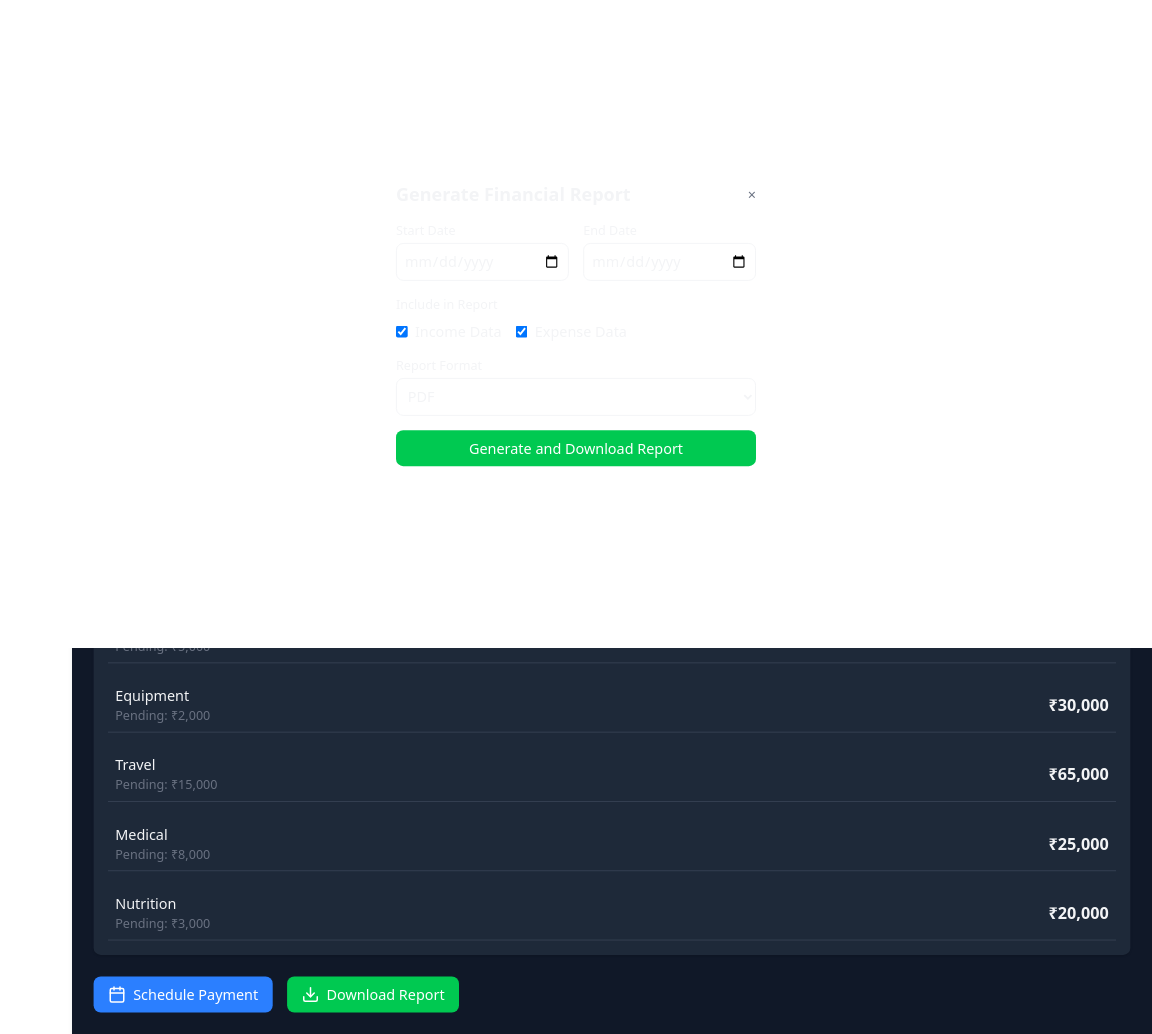
Repository: Shovon0004/Athlete
Page: /financial (app in Athlete/), after clicking the first element matching `div.space-x-4 > :nth-child(2)`
An editor plug-in stored every save of this project. The page is shown before and after a run of saves, followed by the edit.
The browser window is 1280 px wide. The pictures show the whole page, at 90% of full size.
The project was rebuilt for these pictures with package versions that can differ from the ones it lists, and the page was loaded fresh each time. Also part of the build but not shown: Athlete/vite.config.js, Athlete/src/components/AppointmentPage.jsx, Athlete/src/components/News.jsx, Athlete/src/components/SportsPage.jsx, Athlete/src/components/HeroPage.jsx.

Above is the page before, as saved 2025-01-27 21:35:13.

### Athlete/index.html
<!doctype html>
<html lang="en">
  <head>
    <meta charset="UTF-8" />
    <link rel="icon" type="image/svg+xml" href="/12.png" />
    <meta name="viewport" content="width=device-width, initial-scale=1.0" />
    <title>Khiladi.co</title>
  </head>
  <body>
    <div id="root"></div>
    <script type="module" src="/src/main.jsx"></script>
  </body>
</html>

### Athlete/src/App.jsx
import React from 'react';
import { BrowserRouter as Router, Route, Routes } from 'react-router-dom';
import SideNavbar from './components/SideNavbar';
import EditableFinanceDashboard from './components/EditableFinanceDashboard';
import HeroPage from './components/HeroPage';

const App = () => {
  return (
    <Router>
      <div className="flex">
        <SideNavbar />

        <div className="ml-20 flex-grow ">
          <Routes>
            <Route path="/" element={<HeroPage />} />
            <Route path="/financial" element={<EditableFinanceDashboard />} />
            {/* Add other routes as needed */}
          </Routes>
        </div>
      </div>
    </Router>
  );
};

export default App;

### Athlete/src/components/SideNavbar.jsx
import React, { useState } from 'react';
import {
  Home,
  User,
  BarChart2,
  Shield,
  DollarSign,
  Menu
} from 'lucide-react';

const SideNavbar = () => {
  const [isExpanded, setIsExpanded] = useState(false);

  const navItems = [
    { icon: Home, label: 'Dashboard', href: '/' },
    { icon: User, label: 'Athletes', href: '/athletes' },
    { icon: BarChart2, label: 'Performance', href: '/performance' },
    { icon: Shield, label: 'Injuries', href: '/injuries' },
    { icon: DollarSign, label: 'Financial', href: '/financial' }
  ];

  return (
    <div
      className={`h-screen bg-gray-900 text-white transition-all duration-300
        ${isExpanded ? 'w-64' : 'w-20'} fixed left-0 top-0 z-50`}
    >
      <div className="flex flex-col h-full">
        {/* Logo & Toggle */}
        <div className="flex items-center justify-between p-4  border-orange-700">
          {isExpanded && (
            <div className="text-xl font-bold">Khiladi</div>
          )}
          <button
            onClick={() => setIsExpanded(!isExpanded)}
            className="hover:bg-orange-700 p-2 rounded"
          >
            <Menu />
          </button>
        </div>

        {/* Navigation Items */}
        <nav className="flex-grow mt-4">
          <ul className="space-y-2">
            {navItems.map((item, index) => (
              <li key={index}>
                <a
                  href={item.href}
                  className={`flex items-center p-3 hover:bg-orange-700
                    ${isExpanded ? 'justify-start px-6' : 'justify-center'}`}
                >
                  <item.icon className="mr-4" />
                  {isExpanded && <span>{item.label}</span>}
                </a>
              </li>
            ))}
          </ul>
        </nav>
      </div>
    </div>
  );
};

export default SideNavbar;

### Athlete/src/components/EditableFinanceDashboard.jsx
import React, { useState } from "react";
import { motion } from "framer-motion";
import FinanceActions from "./FinanceActions";
import {
  LineChart,
  Line,
  XAxis,
  YAxis,
  CartesianGrid,
  Tooltip,
  Legend,
  ResponsiveContainer,
} from "recharts";
import {
  IndianRupee,
  Wallet,
  TrendingUp,
  AlertCircle,
  Calendar,
  Download,
  Edit2,
  Save,
  Plus,
  Trash2,
  Medal,
} from "lucide-react";

const EditableFinanceDashboard = () => {
  const [isEditing, setIsEditing] = useState(false);
  const [stats, setStats] = useState([
    { id: 1, label: "Total Balance", value: 425000, icon: IndianRupee, color: "blue" },
    { id: 2, label: "Monthly Income", value: 185000, icon: Wallet, color: "green" },
    { id: 3, label: "Monthly Expenses", value: 95000, icon: TrendingUp, color: "orange" },
    { id: 4, label: "Pending Payments", value: 33000, icon: AlertCircle, color: "red" },
  ]);

  const [incomeData, setIncomeData] = useState([
    { month: "Jan", sponsorships: 150000, prizeMoney: 75000, endorsements: 200000 },
    { month: "Feb", sponsorships: 150000, prizeMoney: 90000, endorsements: 200000 },
    { month: "Mar", sponsorships: 175000, prizeMoney: 120000, endorsements: 225000 },
  ]);

  const [expenseCategories, setExpenseCategories] = useState([
    { id: 1, category: "Training", amount: 45000, pending: 5000 },
    { id: 2, category: "Equipment", amount: 30000, pending: 2000 },
    { id: 3, category: "Travel", amount: 65000, pending: 15000 },
    { id: 4, category: "Medical", amount: 25000, pending: 8000 },
    { id: 5, category: "Nutrition", amount: 20000, pending: 3000 },
  ]);

  const [goals, setGoals] = useState([
    { id: 1, goal: "Win National Championship", status: "In Progress" },
    { id: 2, goal: "Improve Sprint Time by 10%", status: "Not Started" },
    { id: 3, goal: "Increase Sponsorship Income", status: "Completed" },
  ]);

  const handleExpenseChange = (id, field, value) => {
    setExpenseCategories((categories) =>
      categories.map((category) =>
        category.id === id ? { ...category, [field]: value } : category
      )
    );
  };

  const addExpenseCategory = () => {
    const newId = Math.max(...expenseCategories.map((c) => c.id)) + 1;
    setExpenseCategories([
      ...expenseCategories,
      { id: newId, category: "New Category", amount: 0, pending: 0 },
    ]);
  };

  const deleteExpenseCategory = (id) => {
    setExpenseCategories((categories) => categories.filter((category) => category.id !== id));
  };

  const handleGoalChange = (id, field, value) => {
    setGoals((prev) =>
      prev.map((goal) => (goal.id === id ? { ...goal, [field]: value } : goal))
    );
  };

  const addGoal = () => {
    const newId = Math.max(...goals.map((g) => g.id)) + 1;
    setGoals([...goals, { id: newId, goal: "New Goal", status: "Not Started" }]);
  };

  const deleteGoal = (id) => {
    setGoals((prev) => prev.filter((goal) => goal.id !== id));
  };

  return (
    <div className="w-full max-w-full max-h-full mx-auto p-6 space-y-6 bg-gray-900 text-gray-100  shadow-md">
      {/* Edit Mode Toggle */}
      <div className="flex justify-end">
        <motion.button
          whileHover={{ scale: 1.05 }}
          whileTap={{ scale: 0.95 }}
          onClick={() => setIsEditing(!isEditing)}
          className="flex items-center space-x-2 px-4 py-2 bg-blue-600 text-white rounded-lg hover:bg-blue-700"
        >
          {isEditing ? <Save className="h-5 w-5" /> : <Edit2 className="h-5 w-5" />}
          <span>{isEditing ? "Save Changes" : "Edit Dashboard"}</span>
        </motion.button>
      </div>

      {/* Top Stats */}
      <div className="grid grid-cols-1 md:grid-cols-4 gap-4">
        {stats.map((stat) => (
          <motion.div
            key={stat.id}
            className="p-4 bg-gray-800 rounded-lg shadow"
            whileHover={{ scale: 1.05 }}
          >
            <div className="flex items-center space-x-2">
              <stat.icon className={`h-8 w-8 text-${stat.color}-400`} />
              <div>
                <p className="text-sm text-gray-400">{stat.label}</p>
                {isEditing ? (
                  <input
                    type="number"
                    value={stat.value}
                    onChange={(e) =>
                      setStats((prev) =>
                        prev.map((item) =>
                          item.id === stat.id ? { ...item, value: Number(e.target.value) } : item
                        )
                      )
                    }
                    className="w-full p-1 border rounded bg-gray-700 text-gray-100"
                  />
                ) : (
                  <p className="text-2xl font-bold">₹{stat.value.toLocaleString()}</p>
                )}
              </div>
            </div>
          </motion.div>
        ))}
      </div>

      {/* Income Chart */}
      <motion.div
        className="p-4 bg-gray-800 rounded-lg shadow"
        initial={{ opacity: 0 }}
        animate={{ opacity: 1 }}
        transition={{ duration: 0.5 }}
      >
        <h2 className="text-lg font-bold mb-4">Income Overview</h2>
        <div className="h-80">
          <ResponsiveContainer width="100%" height="100%">
            <LineChart data={incomeData}>
              <CartesianGrid strokeDasharray="3 3" />
              <XAxis dataKey="month" stroke="#ccc" />
              <YAxis stroke="#ccc" />
              <Tooltip />
              <Legend />
              <Line type="monotone" dataKey="sponsorships" stroke="#8884d8" />
              <Line type="monotone" dataKey="prizeMoney" stroke="#82ca9d" />
              <Line type="monotone" dataKey="endorsements" stroke="#ffc658" />
            </LineChart>
          </ResponsiveContainer>
        </div>
      </motion.div>

      {/* Expense Breakdown */}
      <div className="p-4 bg-gray-800 rounded-lg shadow">
        <h2 className="text-lg font-bold mb-4">Expense Breakdown</h2>
        <div className="space-y-4">
          {expenseCategories.map((expense) => (
            <motion.div
              key={expense.id}
              className="flex items-center justify-between p-2 border-b border-gray-700"
              whileHover={{ scale: 1.02 }}
            >
              <div className="flex-grow">
                {isEditing ? (
                  <input
                    type="text"
                    value={expense.category}
                    onChange={(e) =>
                      handleExpenseChange(expense.id, "category", e.target.value)
                    }
                    className="p-1 border rounded bg-gray-700 text-gray-100"
                  />
                ) : (
                  <p className="font-medium">{expense.category}</p>
                )}
                <p className="text-sm text-gray-500">
                  Pending: ₹{expense.pending.toLocaleString()}
                </p>
              </div>
              <div className="flex items-center space-x-4">
                {isEditing ? (
                  <>
                    <input
                      type="number"
                      value={expense.amount}
                      onChange={(e) =>
                        handleExpenseChange(expense.id, "amount", Number(e.target.value))
                      }
                      className="p-1 border rounded w-32 bg-gray-700 text-gray-100"
                    />
                    <motion.button
                      onClick={() => deleteExpenseCategory(expense.id)}
                      whileHover={{ scale: 1.1 }}
                      className="text-red-400 hover:text-red-600"
                    >
                      <Trash2 className="h-5 w-5" />
                    </motion.button>
                  </>
                ) : (
                  <p className="text-lg font-bold">₹{expense.amount.toLocaleString()}</p>
                )}
              </div>
            </motion.div>
          ))}
        </div>
        {isEditing && (
          <motion.button
            onClick={addExpenseCategory}
            whileHover={{ scale: 1.05 }}
            className="flex items-center space-x-2 px-4 py-2 bg-green-600 text-white rounded-lg hover:bg-green-700 mt-4"
          >
            <Plus className="h-5 w-5" />
            <span>Add Category</span>
          </motion.button>
        )}
      </div>

      {/* Athlete Goals */}
      <FinanceActions
  expenses={expenseCategories}
  incomeData={incomeData}
  expenseCategories={expenseCategories}
/>
    </div>
  );
};

export default EditableFinanceDashboard;

### Athlete/src/components/FinanceActions.jsx
import React, { useState } from 'react';
import { Calendar, Download } from 'lucide-react';

// Payment Modal Component
const PaymentModal = ({ isOpen, onClose, expenses, onSchedule }) => {
  const [payment, setPayment] = useState({
    category: '',
    amount: '',
    date: '',
    description: '',
    recipient: ''
  });

  const handleSubmit = (e) => {
    e.preventDefault();
    onSchedule(payment);
    setPayment({
      category: '',
      amount: '',
      date: '',
      description: '',
      recipient: ''
    });
    onClose();
  };

  if (!isOpen) return null;

  return (
    <div className="fixed inset-0 bg-black bg-opacity-50 flex items-center justify-center z-50">
      <div className="bg-white rounded-lg p-6 w-full max-w-md">
        <div className="flex justify-between items-center mb-4">
          <h2 className="text-xl font-bold">Schedule New Payment</h2>
          <button onClick={onClose} className="text-gray-500 hover:text-gray-700">
            ×
          </button>
        </div>

        <form onSubmit={handleSubmit} className="space-y-4">
          <div>
            <label className="block text-sm font-medium mb-1">Category</label>
            <select
              value={payment.category}
              onChange={(e) => setPayment({...payment, category: e.target.value})}
              className="w-full p-2 border rounded-lg"
              required
            >
              <option value="">Select Category</option>
              {expenses.map((expense) => (
                <option key={expense.id} value={expense.category}>
                  {expense.category}
                </option>
              ))}
            </select>
          </div>

          <div>
            <label className="block text-sm font-medium mb-1">Amount (₹)</label>
            <input
              type="number"
              value={payment.amount}
              onChange={(e) => setPayment({...payment, amount: e.target.value})}
              className="w-full p-2 border rounded-lg"
              required
            />
          </div>

          <div>
            <label className="block text-sm font-medium mb-1">Payment Date</label>
            <input
              type="date"
              value={payment.date}
              onChange={(e) => setPayment({...payment, date: e.target.value})}
              className="w-full p-2 border rounded-lg"
              required
            />
          </div>

          <div>
            <label className="block text-sm font-medium mb-1">Recipient</label>
            <input
              type="text"
              value={payment.recipient}
              onChange={(e) => setPayment({...payment, recipient: e.target.value})}
              className="w-full p-2 border rounded-lg"
              required
            />
          </div>

          <div>
            <label className="block text-sm font-medium mb-1">Description</label>
            <textarea
              value={payment.description}
              onChange={(e) => setPayment({...payment, description: e.target.value})}
              className="w-full p-2 border rounded-lg"
              rows="3"
            />
          </div>

          <button
            type="submit"
            className="w-full px-4 py-2 bg-blue-500 text-white rounded-lg hover:bg-blue-600"
          >
            Schedule Payment
          </button>
        </form>
      </div>
    </div>
  );
};

// Report Modal Component
const ReportModal = ({ isOpen, onClose, incomeData, expenseCategories }) => {
  const [reportConfig, setReportConfig] = useState({
    startDate: '',
    endDate: '',
    includeIncome: true,
    includeExpenses: true,
    format: 'pdf'
  });

  const generateReport = () => {
    const reportData = {
      dateRange: {
        start: reportConfig.startDate,
        end: reportConfig.endDate
      },
      income: reportConfig.includeIncome ? incomeData : [],
      expenses: reportConfig.includeExpenses ? expenseCategories : [],
      timestamp: new Date().toISOString()
    };

    const formattedData = JSON.stringify(reportData, null, 2);

    const blob = new Blob([formattedData], {
      type: reportConfig.format === 'pdf' ? 'application/pdf' : 'application/json'
    });
    const url = URL.createObjectURL(blob);
    const a = document.createElement('a');
    a.href = url;
    a.download = `financial_report_${new Date().toISOString().split('T')[0]}.${reportConfig.format}`;
    document.body.appendChild(a);
    a.click();
    document.body.removeChild(a);
    URL.revokeObjectURL(url);
    onClose();
  };

  if (!isOpen) return null;

  return (
    <div className="fixed inset-0  bg-opacity-50 flex bg-white items-center justify-center z-50">
      <div className="bg-gray rounded-lg p-6 w-full max-w-md">
        <div className="flex justify-between items-center mb-4">
          <h2 className="text-xl font-bold">Generate Financial Report</h2>
          <button onClick={onClose} className="text-gray-500 hover:text-gray-700">
            ×
          </button>
        </div>

        <div className="space-y-4">
          <div className="grid grid-cols-2 gap-4">
            <div>
              <label className="block text-sm font-medium mb-1">Start Date</label>
              <input
                type="date"
                value={reportConfig.startDate}
                onChange={(e) => setReportConfig({...reportConfig, startDate: e.target.value})}
                className="w-full p-2 border rounded-lg"
              />
            </div>
            <div>
              <label className="block text-sm font-medium mb-1">End Date</label>
              <input
                type="date"
                value={reportConfig.endDate}
                onChange={(e) => setReportConfig({...reportConfig, endDate: e.target.value})}
                className="w-full p-2 border rounded-lg"
              />
            </div>
          </div>

          <div className="space-y-2">
            <label className="block text-sm font-medium">Include in Report</label>
            <div className="flex space-x-4">
              <label className="flex items-center">
                <input
                  type="checkbox"
                  checked={reportConfig.includeIncome}
                  onChange={(e) => setReportConfig({...reportConfig, includeIncome: e.target.checked})}
                  className="mr-2"
                />
                Income Data
              </label>
              <label className="flex items-center">
                <input
                  type="checkbox"
                  checked={reportConfig.includeExpenses}
                  onChange={(e) => setReportConfig({...reportConfig, includeExpenses: e.target.checked})}
                  className="mr-2"
                />
                Expense Data
              </label>
            </div>
          </div>

          <div>
            <label className="block text-sm font-medium mb-1">Report Format</label>
            <select
              value={reportConfig.format}
              onChange={(e) => setReportConfig({...reportConfig, format: e.target.value})}
              className="w-full p-2 border rounded-lg"
            >
              <option value="pdf">PDF</option>
              <option value="json">JSON</option>
            </select>
          </div>

          <button
            onClick={generateReport}
            className="w-full px-4 py-2 bg-green-500 text-white rounded-lg hover:bg-green-600"
          >
            Generate and Download Report
          </button>
        </div>
      </div>
    </div>
  );
};

// Main Component
const FinanceActions = ({ expenses, incomeData, expenseCategories }) => {
  const [isPaymentModalOpen, setIsPaymentModalOpen] = useState(false);
  const [isReportModalOpen, setIsReportModalOpen] = useState(false);

  const handleSchedulePayment = (paymentDetails) => {
    console.log('Scheduling payment:', paymentDetails);
    // Handle payment scheduling logic here
  };

  return (
    <div className="flex space-x-4">
      <button
        onClick={() => setIsPaymentModalOpen(true)}
        className="flex items-center space-x-2 px-4 py-2 bg-blue-500 text-white rounded-lg hover:bg-blue-600"
      >
        <Calendar className="h-5 w-5" />
        <span>Schedule Payment</span>
      </button>

      <button
        onClick={() => setIsReportModalOpen(true)}
        className="flex items-center space-x-2 px-4 py-2 bg-green-500 text-white rounded-lg hover:bg-green-600"
      >
        <Download className="h-5 w-5" />
        <span>Download Report</span>
      </button>

      <PaymentModal
        isOpen={isPaymentModalOpen}
        onClose={() => setIsPaymentModalOpen(false)}
        expenses={expenses}
        onSchedule={handleSchedulePayment}
      />

      <ReportModal
        isOpen={isReportModalOpen}
        onClose={() => setIsReportModalOpen(false)}
        incomeData={incomeData}
        expenseCategories={expenseCategories}
      />
    </div>
  );
};

export default FinanceActions;

Loaded but not shown: Athlete/src/main.jsx (common file); Athlete/src/index.css (common file)

After the next 2 saves:
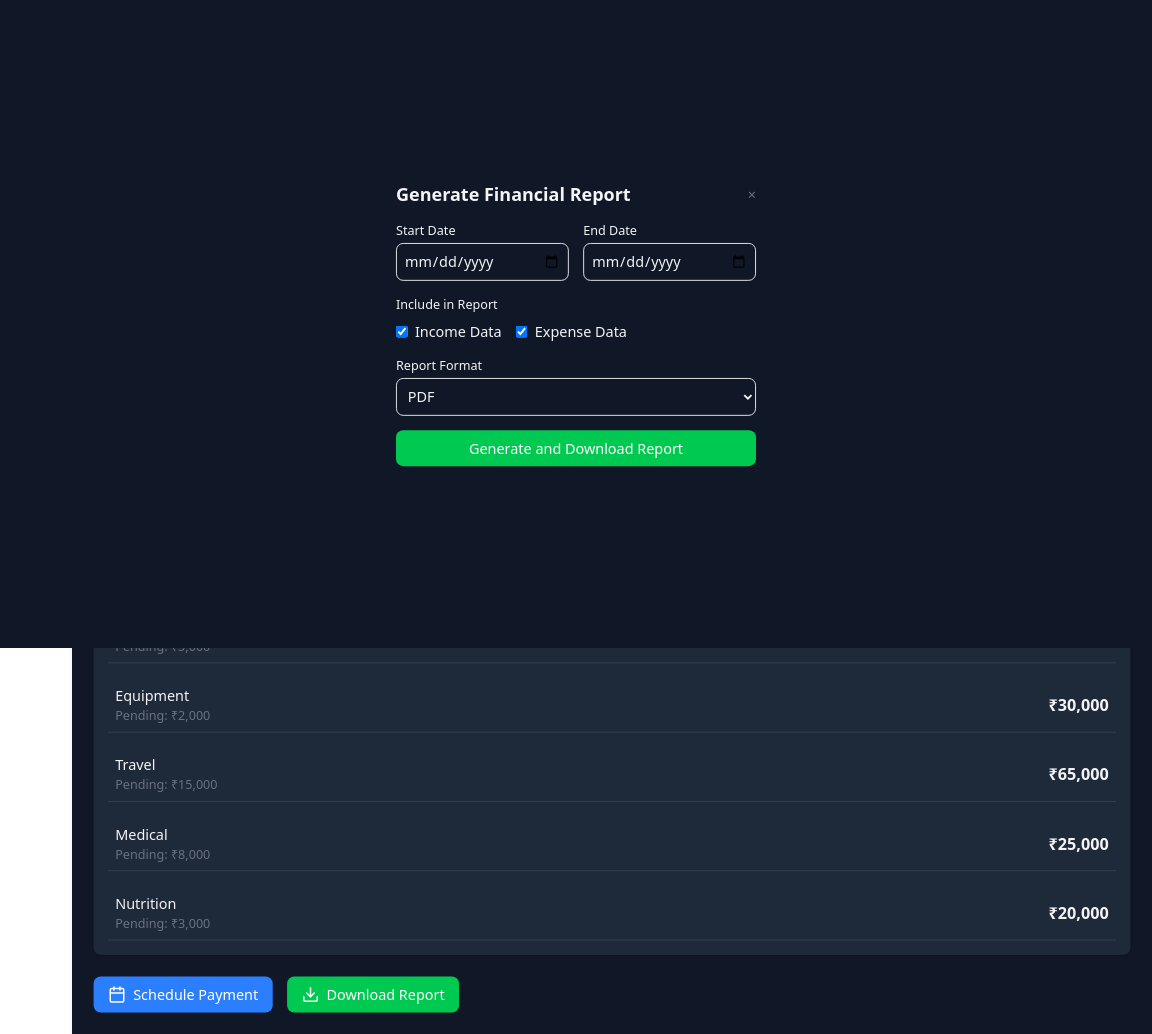
The 2 saves are shown as one change because they came seconds apart.
The last was saved 14 s later.
--- a/Athlete/src/components/FinanceActions.jsx
+++ b/Athlete/src/components/FinanceActions.jsx
@@ -149,7 +149,7 @@
   if (!isOpen) return null;
 
   return (
-    <div className="fixed inset-0  bg-opacity-50 flex bg-white items-center justify-center z-50">
+    <div className="fixed inset-0  bg-opacity-50 flex bg-gray-900 items-center justify-center z-50">
       <div className="bg-gray rounded-lg p-6 w-full max-w-md">
         <div className="flex justify-between items-center mb-4">
           <h2 className="text-xl font-bold">Generate Financial Report</h2>
